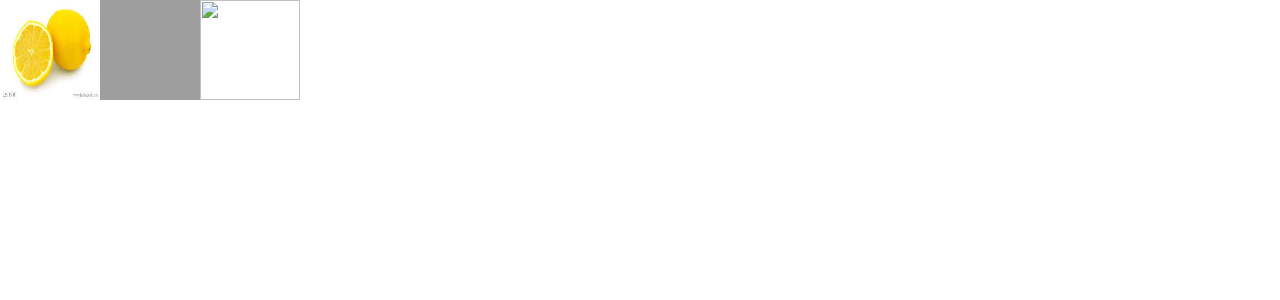
Repository: AytacSafarova/Foods-website
Page: index.html
These files come from the project's save history. The page is drawn as it stood at one moment and after the next save; the edit follows.
The browser window is 1280 px wide. The pictures show the whole page.
Pictures or frames that could not be fetched are drawn as grey boxes.

Above is the page before, as saved 2023-04-27 16:37:07.

After the next save:
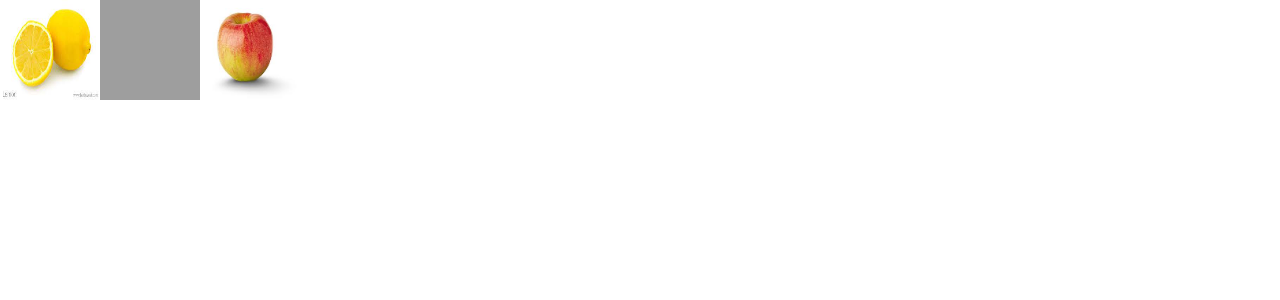
Saved 5 s later.
--- a/index.html
+++ b/index.html
@@ -11,7 +11,7 @@
     <div class="container">
 <img src="data:[embedded picture, 5683 characters]" alt="">
 <img src="https://media.istockphoto.com/id/494037460/tr/foto%C4%9Fraf/orange-fruit-isolated-on-a-white-background.jpg?s=612x612&w=0&k=20&c=xPL1UfgSASmRE4zJvoKzqwJ5953UY92ykNJOaUsOSJM=" alt="">
-<img src="/" alt="">
+<img src="/download.jpg" alt="">
 </div>
 </body>
 </html>
